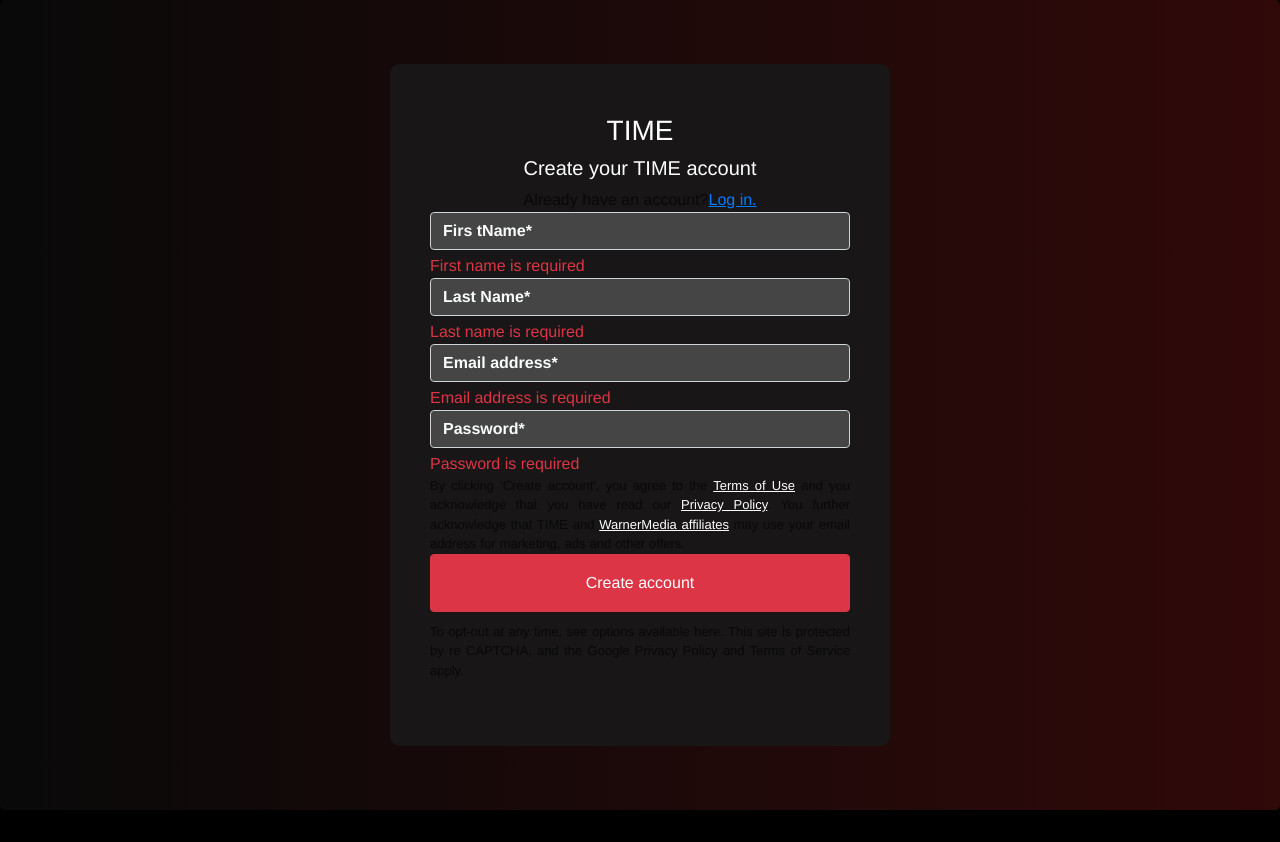
Repository: Vu14082002/WebTinTuc
Page: html/SignUp.html
An editor plug-in stored every save of this project. The page is shown before and after the next save, followed by the edit.
The browser window is 1280 px wide. The pictures show the whole page.
Some web libraries are served in a nearby version.

Above is the page before, as saved 2022-04-09 14:42:59.

### html/SignUp.html
<!DOCTYPE html>
<html lang="en">
<head>
    <meta charset="UTF-8">
    <meta http-equiv="X-UA-Compatible" content="IE=edge">
    <meta name="viewport" content="width=device-width, initial-scale=1.0">
    <title>Create a TIME account | TIME</title>
    <link
    rel="stylesheet"
    href="https://pro.fontawesome.com/releases/v5.10.0/css/all.css"
    integrity="sha384-AYmEC3Yw5cVb3ZcuHtOA93w35dYTsvhLPVnYs9eStHfGJvOvKxVfELGroGkvsg+p"
    crossorigin="anonymous"
  />
    <script src="../bootstrap-4/js/jquery-3.6.0.min.js"></script>
    <script src="../bootstrap-4/js/bootstrap.min.js"></script>
    <link rel="stylesheet" href="../bootstrap-4/css/bootstrap.min.css">
    <link rel="stylesheet" href="../css/index_Footer.css">
    <link rel="stylesheet" href="../css/init.css">
    <link rel="stylesheet" href="../css/index_Header.css">
    <link rel="stylesheet" href="../css/login.css">
    <link rel="stylesheet" href="../css/SignUP.css">
    <link rel="icon" href="../Image/logo.png" type="image/gif" sizes="16x16">
</head>
<body>
    <div class="container-fluid jumbotron">
        <div class="box text-center">
            <h3>TIME</h3>
            <h5>Create your TIME account</h5>
            <p>Already have an account?<a href="../html/login.html">Log in.</a></p>
            <div class="form-group ">
                <input type="text" id="FirstName" placeholder="Firs tName*  " class="form-control  text-light "  required >
                <p class="text-left mt-1">
                    <span id="checkEmail"  class="checkLogin text-left text-right mb-2 text-danger" >First name is required</span>
                </p>
                <input type="text" id="LasttName" placeholder="Last Name* " class="form-control  text-light "  required >
                <p class="text-left mt-1">
                    <span id="checkEmail"  class="checkLogin text-left text-right mb-2 text-danger" >Last name is required</span>
                </p>
                <input type="text" id="email" placeholder="Email address* " onchange="checkPass()" class="form-control  text-light "  required >
                <p class="text-left mt-1">
                    <span id="checkEmail"  class="checkLogin text-left text-right mb-2 text-danger" >Email address is required <span>
                </p>
                <input type="password" id="pass"  placeholder="Password*" class="form-control text-light"  required>
                <p class="text-left mt-1">
                    <span id="checkEmail"  class="checkLogin text-left text-right mb-2 text-danger" >Password is required <span>
                </p>
                <p class=" text-justify">
                    By clicking 'Create account', you agree to the <a  class="theA" href="../html/TermsOfuse.html">Terms of Use</a> and you acknowledge that you have read our
                    <a  class="theA" href="https://www.warnermediaprivacy.com/policycenter/b2c/affiliateslist/">Privacy Policy</a>. You further acknowledge that TIME and <a  class="theA" href="../html/TermsOfuse.html">WarnerMedia affiliates</a> may use your email address for marketing,
                    ads and other offers.
                </p>
                <a href="../html/login.html"><button type="button" class="btn btn-danger w-100 p-3">Create account</button>  </a>
                <p class=" text-justify rieng">
                    To opt-out at any time, see options available here. This site is protected by re CAPTCHA, and the Google Privacy Policy and Terms of Service apply.
                </p>
            </div>

        </div>

    </div>
</body>
</html>

### css/index_Footer.css
footer {
    width: 100%;
    background-color: black;
}
.main{
    width: 85%;
    margin: 0 auto;
}
.main__top__search {
    padding-top: 60px;
    width: 100%;
}
.main__top__search >input {
    width: 100%;
    height: 35px;
    padding: 0 8px;
    border-radius: 3px ;
    outline: none;
}
.main__top__search1{
    display: flex;
    flex-direction: row-reverse;
    margin-top: -25px;
    margin-right: 10px;
    font-weight: bold;
    color: rgba(103, 85, 76,1);
    cursor: pointer;
}
.main__mid{
    margin: 35px 0px;
    margin-bottom: 40px;
}
.main__mid {
    display: flex;
    flex-wrap: wrap;
}
.main__mid > div {
    width: calc(100%/7);
    font-size: 14px;
    color: white;
    margin-bottom: 20px;

}
.main__mid > div  a {
    color: rgb(230 230 230);
    display: inline-block;
    margin-bottom: 8px;
}
.main__mid > div  > a {
    font-size: 16px;
    font-weight: 700;
    transition: 0.3s;
}
.main__mid > div  a:hover {
    text-decoration: underline;
    color: white;
}
.main__bottom {
    border-top: 1px solid rgb(230, 230, 230);
    display: flex;
    flex-direction: row-reverse;
    padding: 40px 0px;
}
.main__bottom > div > a, .main__bottom > div{
    width: 3%;
    max-width: 15%;
    margin: 5px;
    font-size: 25px;
    color: rgb(230, 230, 230)
}
.main__bottom > div >a :hover{
    color: white;
}
.main__bottom > div:last-child{
    font-weight: bold;
    font-size: 20px;
    text-align: center;
    width: 20%;
    margin-right: 10px;
    border-right: 1px solid rgb(230, 230, 230) ;
}

### css/init.css
* {
    font-family: Helvetica, Helvetica, Arial, sans-serif;
    box-sizing: border-box;
    list-style-type: none;
    margin: 0;
    padding: 0;
    text-decoration:  none;
  }
  a{
    text-decoration: none !important;
  }

### css/index_Header.css
/* HEADER */
header{
    position: sticky; top: 0;
}
.gif {
  background-color: #262626;
  width: 100%;
  height: 300px;
  padding: 25px;
  text-align: center;
  margin-top: 0px;

}
 .gif > img {
    display: inline-block;
    margin: 0 auto;
}
header > section {
  border-bottom: 1px solid rgb(230 230 230);

  width: 100%;
  background-color: #0c0c0c;
  display: flex;
  height: 56px;
}
header > section > nav {
    display: flex;
    /* border-bottom: 1px solid white; */
    width: 85%;
    margin:0  auto ;

}
header > section > nav > ul:first-child{
    width: 80%;
    display: flex;
}
header > section > nav > ul:last-child{
    display: flex;
    flex-direction:  row-reverse;
    width: 20%;
}

header > section > nav> ul > li{
    max-width: 300px;
}
/* paddingMenu */
header > section > nav> ul> li:first-child{
    background: #CC0000;
    padding-bottom: 55px;
}
header > section > nav> ul > li > a {
    font-size: 16px;
    text-decoration:  none;
    display: block;
    padding: 18px;
    color: #e4dfd7;
}
header > section > nav> ul > li:first-child > a{
    color: white;
}
header > section > nav> ul > li > a:hover{
    color: white;
}

### css/login.css
body{
    background-color: black;
}
.container-fluid{
    background-image: linear-gradient(to right, #090909 , #300909);
    border-radius: none;
}
.box{
    width: 500px;
    margin: 0 auto;
    background-color: #181616;
    padding: 50px 40px;
        color: white;
    border-radius: 10px;
}
.box input[type="text"],.box input[type="password"]{
    background-color: #464546;
}
.checkLogin{
    color: rgb(207, 90, 90);
}
.box ::placeholder {
    font-weight: 700;
    color: #fafdfd;
    opacity: 1; /* Firefox */
}
.box  :-ms-input-placeholder { /* Internet Explorer 10-11 */
    color: #fafdfd;
}
.box ::-ms-input-placeholder { /* Microsoft Edge */
    color: #fafdfd;
}
.box input:focus{
    color: #fafdfd;
}
.search{
    margin-top: -3px;
}
button > a{
    text-decoration: none;
    color: white;
}
.theA{
    color: white;
    text-decoration:underline;
}
.theA:hover{
    color: #d7d8d8;
}
.text-justify{
    font-size: 13px;
    word-spacing: 0.5px;
}
.rieng{
    margin-top: 10px;

}
p{
    color: #090909 !important;
}
p {
    margin-bottom:0;
}

### css/SignUP.css
a{
    text-decoration: underline !important;
}

Loaded but not shown: bootstrap-4/js/jquery-3.6.0.min.js (library); bootstrap-4/js/bootstrap.min.js (library); bootstrap-4/css/bootstrap.min.css (library)

After the next save:
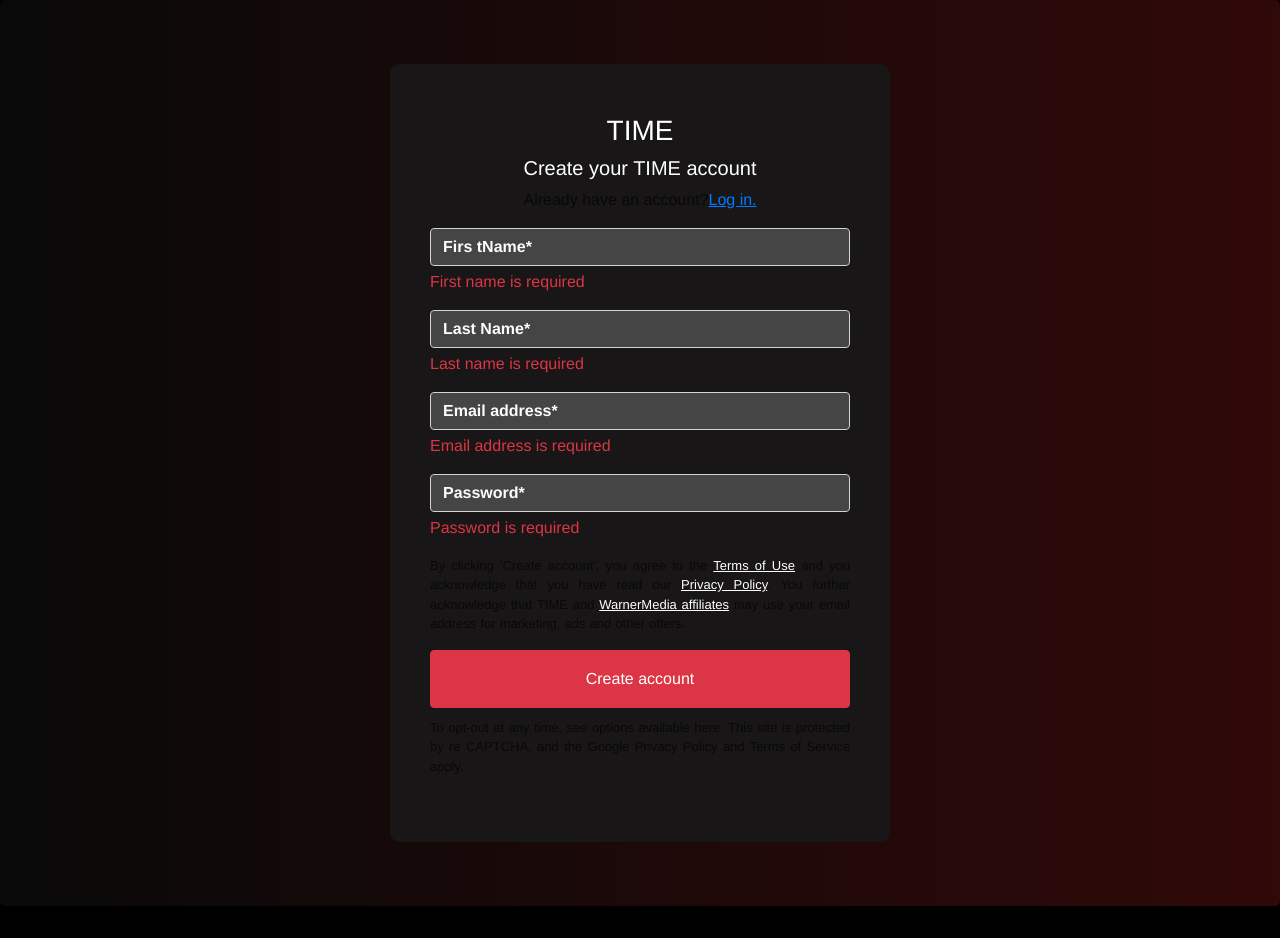
Saved 8 s later.
--- a/css/login.css
+++ b/css/login.css
@@ -58,6 +58,3 @@
 p{
     color: #090909 !important;
 }
-p {
-    margin-bottom:0;
-}
